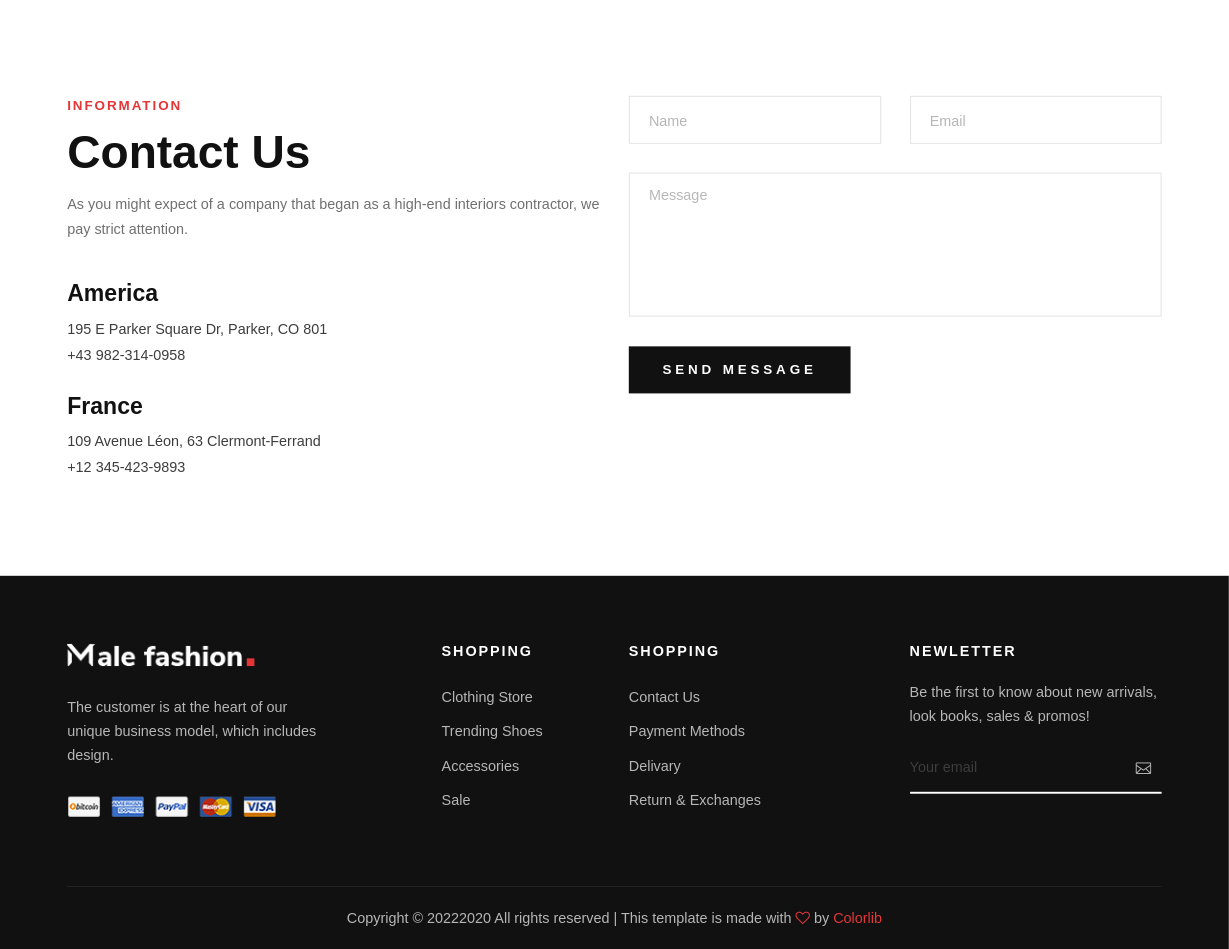
Repository: ArpanJain5/projects
Page: http://localhost/male_fashion/seller-registration.jsp
These files come from the project's save history. The page is drawn as it stood at one moment and after the next save; the edit follows.
The browser window is 1280 px wide. The pictures show the part of the page from y = 630 to 1619 px (the page is 1619 px tall), at 96% of full size.
Some web fonts or font styles are not loaded; a fallback is used. The page is served by Tomcat 9.

Above is the page before, as saved 2022-07-19 11:38:30.

After the next save:
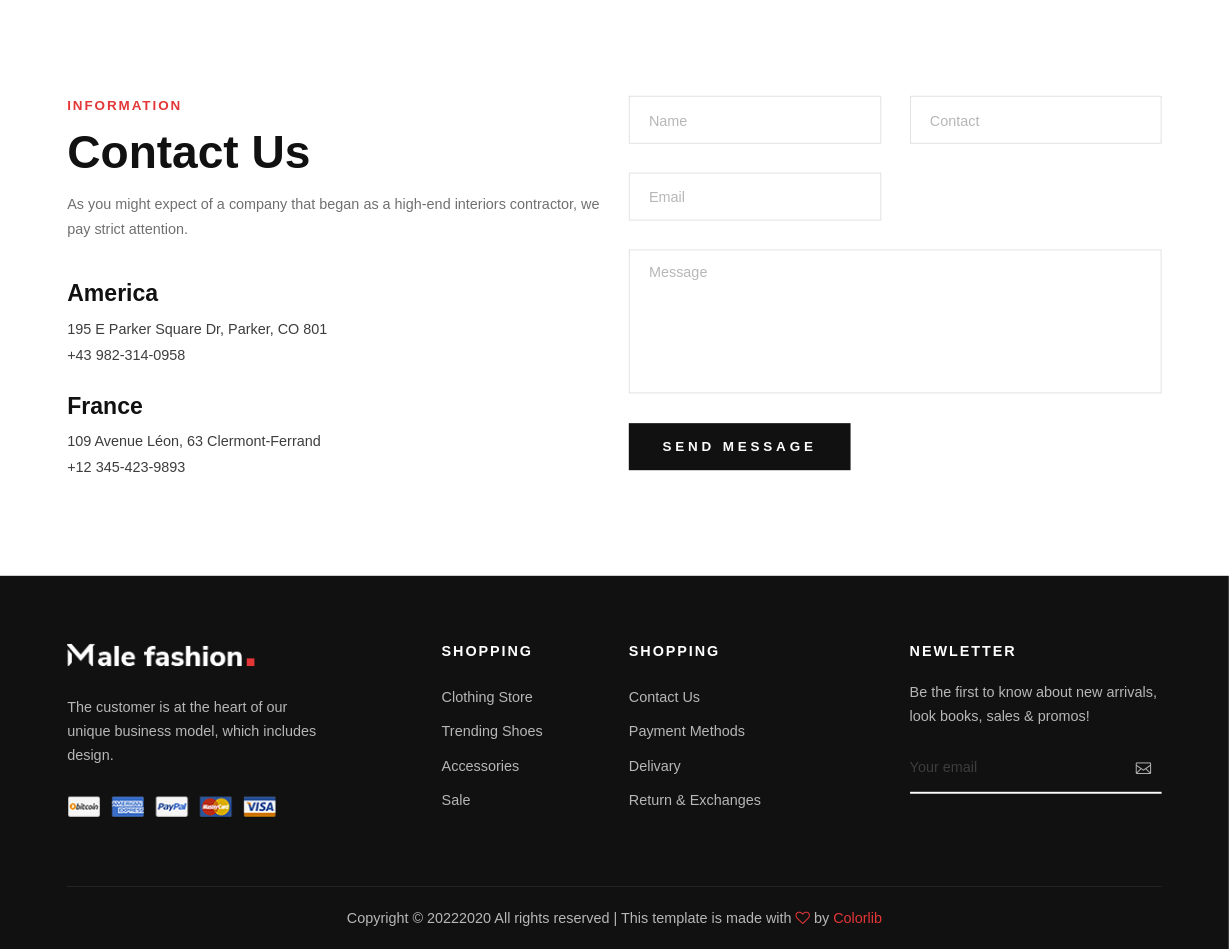
Saved 76 s later.
--- a/male fashion/src/main/webapp/seller-registration.jsp
+++ b/male fashion/src/main/webapp/seller-registration.jsp
@@ -173,6 +173,9 @@
                                     <input type="text" placeholder="Name">
                                 </div>
                                 <div class="col-lg-6">
+                                    <input type="text" placeholder="Contact">
+                                </div>
+                                <div class="col-lg-6">
                                     <input type="text" placeholder="Email">
                                 </div>
                                 <div class="col-lg-12">
